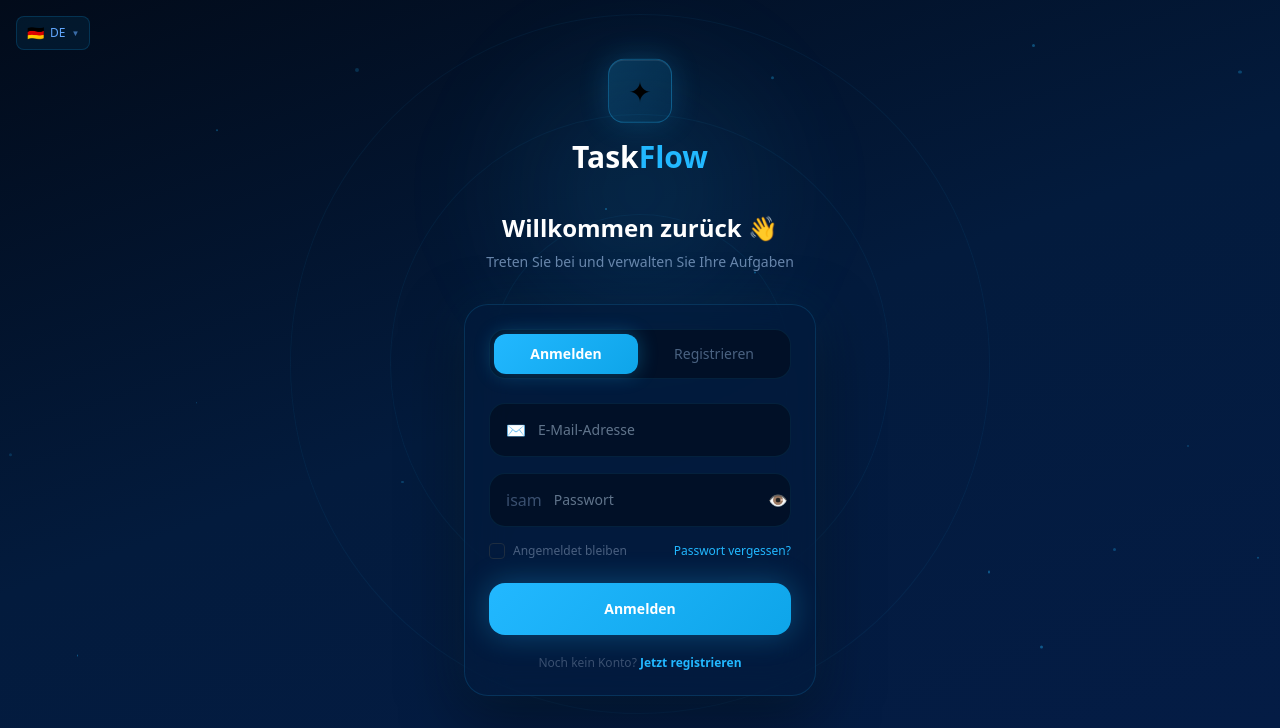
Repository: IssamSaed98/TaskManager.Frontend
Page: /
The author's editor kept a copy of each file at every save. The page is drawn from the files as they stood at one save, then again after the next save.
The browser window is 1280 px wide. The pictures show the whole page.
The project was rebuilt for these pictures with package versions that can differ from the ones it lists, and the page was loaded fresh each time. Also part of the build but not shown: vite.config.js, src/pages/Register.jsx, src/pages/AdminDashboard.jsx, src/components/TaskForm.jsx, src/components/TaskCard.jsx, src/components/KanbanBoard.jsx.

Above is the page before, as saved 2026-06-01 14:43:11.

After the next save:
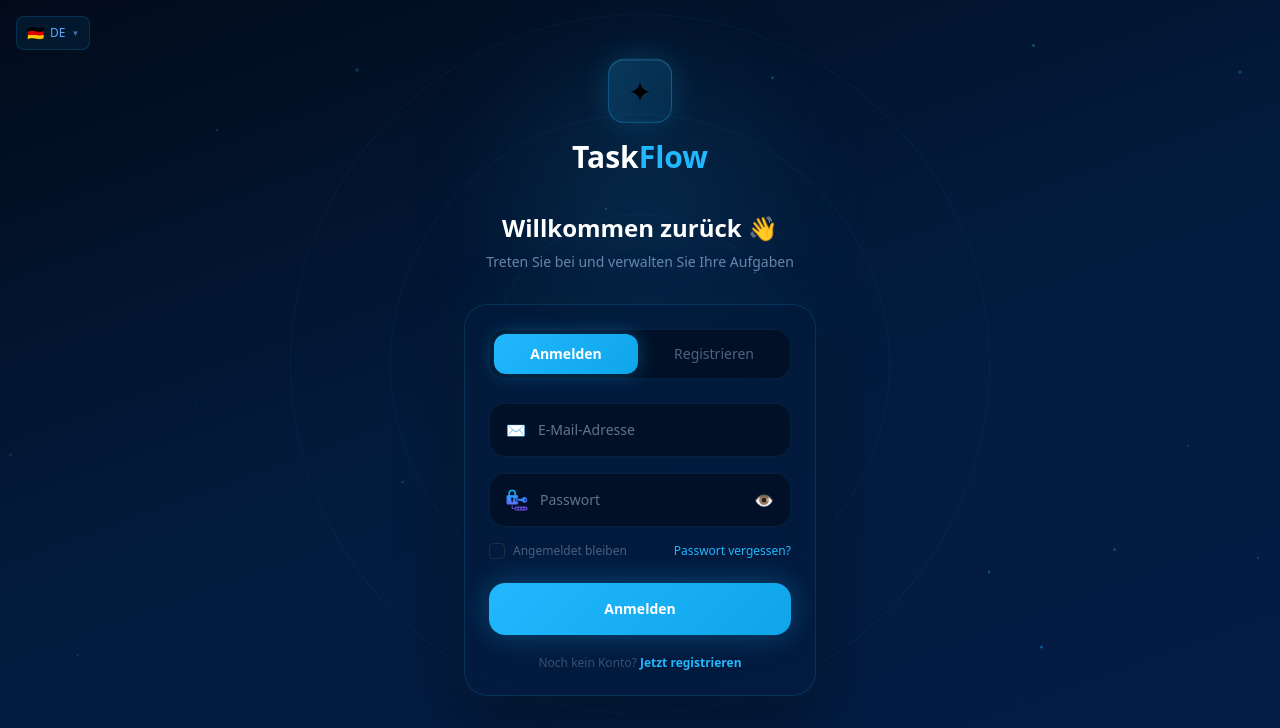
Saved 104 s later.
--- a/src/pages/Login.jsx
+++ b/src/pages/Login.jsx
@@ -186,7 +186,7 @@ function Login({ onLogin, goToRegister }) {
       transition: 'all 0.15s ease',
     }}
   >
-    <span style={{ color: focusedField === 'password' ? '#22B8FF' : '#3a5070' }}>isam</span>
+    <span style={{ color: focusedField === 'password' ? '#22B8FF' : '#3a5070' }}><img src={passImage}/></span>
     <input
       type={showPassword ? 'text' : 'password'}
       value={password}
